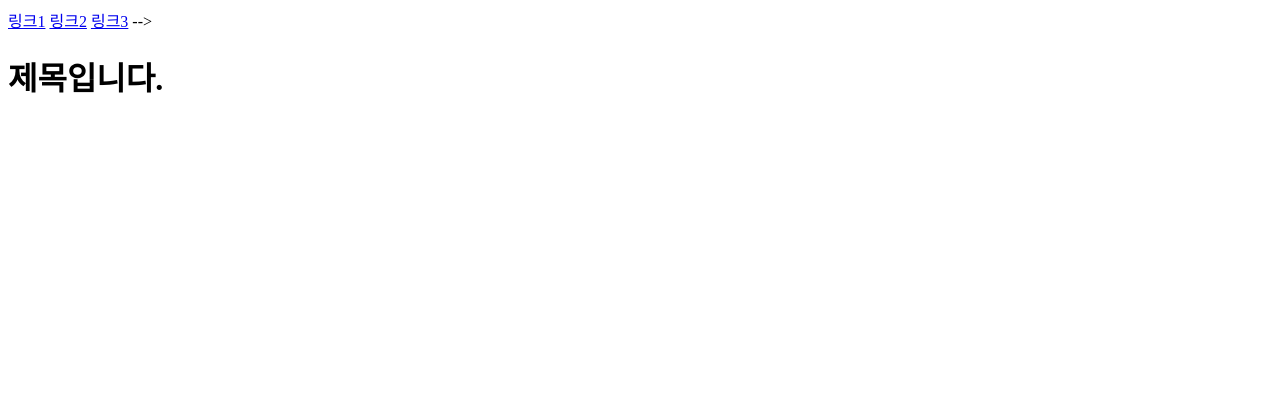
Repository: seula123/Front-End
Page: ClientTest/src/main/webapp/html/member/ex14_tag.html
These files come from the project's save history. The page is drawn as it stood at one moment and after the next save; the edit follows.
The browser window is 1280 px wide. The pictures show the whole page.

Above is the page before, as saved 2023-09-20 08:08:11.

### ClientTest/src/main/webapp/html/member/ex14_tag.html
<!DOCTYPE html>
<html>
<head>
<meta charset="UTF-8">
<title>Insert title here</title>
</head>
<body>
		<!-- ex14_tag.html -->

		<!--

			인라인 태그 vs 블럭 태그
			- 모든 태그는 위의 두 분류 중 하나에 속한다.
			- 랜더링(Rendering, 태그를 화면에 출력하는 작업)


			인라인 태그, Inline Tag
			- 자신의 내용물과 주변 태그의 내용물을 같은 라인에 출력한다.

			블럭 태그, Block Tag
			- 자신의 내용물과 주변 태그의 내용물을 다른 라인에 출력한다.

			-->

			<!-- a 태그는 인라인 태그이다.  -->

			<a href="http://naver.com">링크1</a>
			<a href="http://google.com">링크2</a>
			<a href="http://daum.net">링크3</a>


		-->
		<h1> 제목입니다. </h1>




</body>
</html>

After the next save:
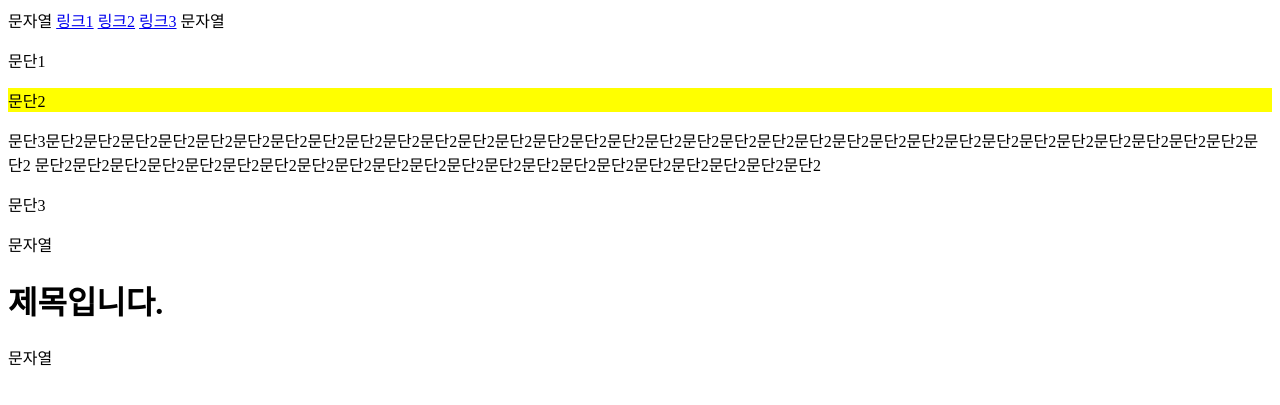
Saved 11 min 26 s later.
--- a/ClientTest/src/main/webapp/html/member/ex14_tag.html
+++ b/ClientTest/src/main/webapp/html/member/ex14_tag.html
@@ -16,24 +16,38 @@
 
 			인라인 태그, Inline Tag
 			- 자신의 내용물과 주변 태그의 내용물을 같은 라인에 출력한다.
+			- PCDATA(텍스트)는 인라인 태그에 속하는 성질을 가진다.
+
 
 			블럭 태그, Block Tag
 			- 자신의 내용물과 주변 태그의 내용물을 다른 라인에 출력한다.
+			- 내용물의 크기와 상관없이 자신이 속한 라인을 독점한다.
+			- 내용물의 크기와 상관없이 태그의 너비는 항상 100%이다.높이는 내용물의 크기와 동일하다.
 
 			-->
 
 			<!-- a 태그는 인라인 태그이다.  -->
+			<!-- <br> 태그는 인라인 요소들을 개행하는 역할  -->
 
+			문자열
 			<a href="http://naver.com">링크1</a>
 			<a href="http://google.com">링크2</a>
 			<a href="http://daum.net">링크3</a>
+			문자열
 
+			<!-- <P> 태그는 블럭 태그이다 -->
 
-		-->
-		<h1> 제목입니다. </h1>
+			<P>문단1</P>
+			<P style = "background-color: yellow;"> 문단2 </P>
+			<p>문단3문단2문단2문단2문단2문단2문단2문단2문단2문단2문단2문단2문단2문단2문단2문단2문단2문단2문단2문단2문단2문단2문단2문단2문단2문단2문단2문단2문단2문단2문단2문단2문단2문단2
+			문단2문단2문단2문단2문단2문단2문단2문단2문단2문단2문단2문단2문단2문단2문단2문단2문단2문단2문단2문단2문단2</p>
+			<p>문단3</p>
 
 
 
 
+			문자열
+			<h1>제목입니다.</h1>
+			문자열
 </body>
 </html>
